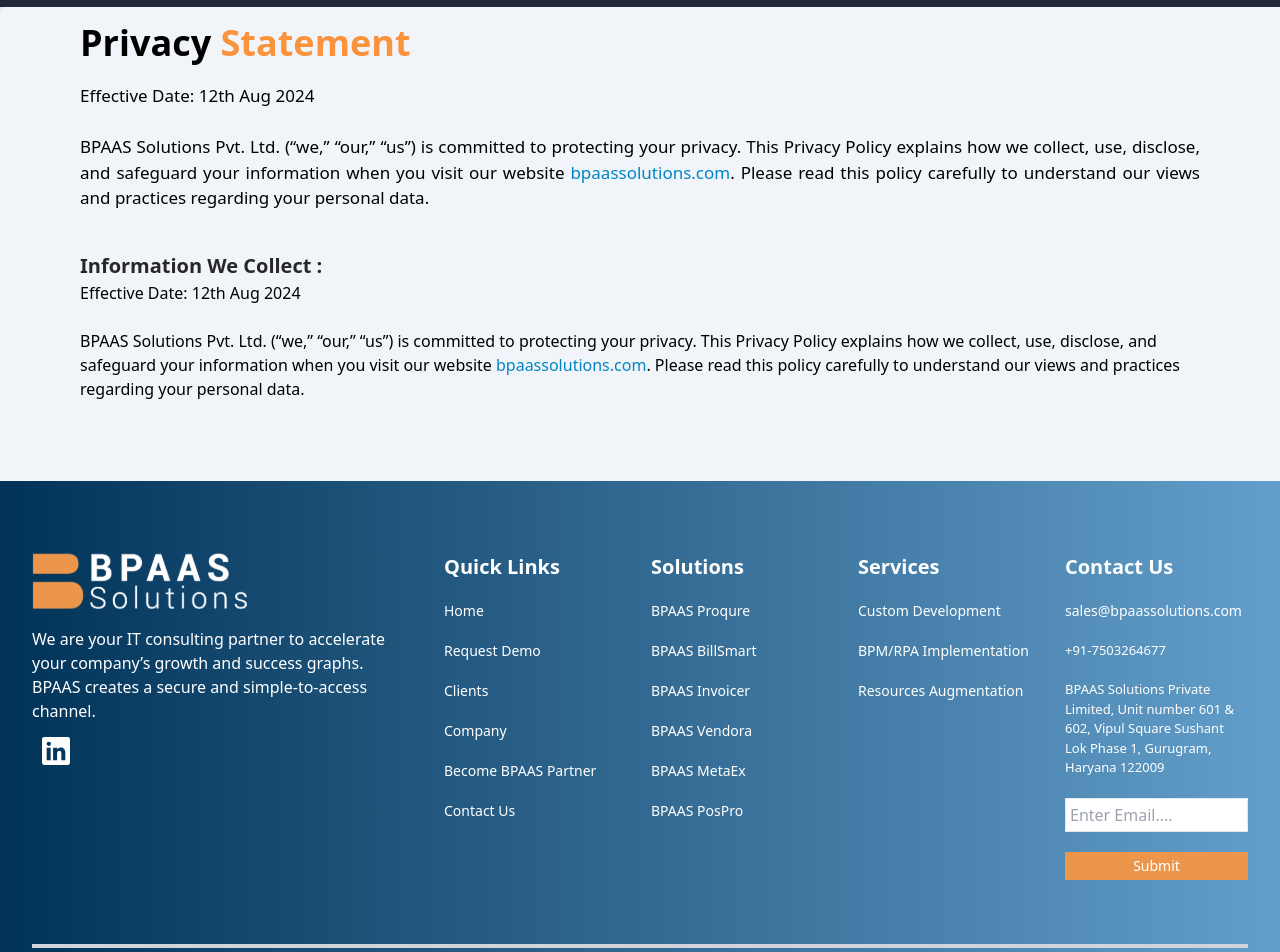
Repository: captainalpha/BP-Website
Page: /services/bp-services
An editor plug-in stored every save of this project. The page is shown before and after a run of saves, followed by the edit.
The browser window is 1280 px wide. The pictures show the part of the page from y = 713 to 1665 px (the page is 1741 px tall before and 1733 px after).
The project was rebuilt for these pictures with package versions that can differ from the ones it lists, and the page was loaded fresh each time. The framework's server and built-in components were replaced by stand-ins that run in the browser. Also part of the build but not shown: next.config.js, components/common/TopBanner.js, components/common/SectionHeader.js.

Above is the page before, as saved 2024-08-13 15:21:22.

### pages/_app.js
import Navbar from "../components/common/Navbar";
import "../styles/globals.css";
import Footer from "../components/common/Footer";

import "swiper/css";
import "swiper/css/navigation";
import "swiper/css/pagination";



import { motion, AnimatePresence } from "framer-motion";
import CookiesMain from "../components/common/CookiesMain";

// import styles from './slider.module.scss'
function MyApp({ Component, pageProps, router }) {
  const spring = {
    type: "spring",
    damping: 20,
    stiffness: 100,
    when: "afterChildren",
  };
  return (
    <>
      <div className="z-50 scroll-smooth">
        <Navbar />
      </div>
      <AnimatePresence>
        <div className="page-transition-wrapper">
          <motion.div
            transition={spring}
            key={router.pathname}
            initial={{ y: -300, opacity: 0 }}
            animate={{ y: 0, opacity: 1 }}
            exit={{ y: 300, opacity: 0 }}
            id="page-transition-container"
          >
            <Component {...pageProps} /> <Footer />{" "}
            <CookiesMain/>
          </motion.div>
        </div>
      </AnimatePresence>
    </>
  );
}

export default MyApp;

### pages/services/bp-services.js
import TopBanner from "../../components/common/TopBanner";
import SectionHeader from "../../components/common/SectionHeader";
import TopBanner2 from "../../components/common/TopBanner2";
import Image from "next/image";
import Link from "next/link";

function BpServices() {
  return (
    <div>
      <div className="relative">
        <TopBanner2
          image={"/images/policy-service2.jpg"}
          title="Privacy Policy"
          discription="This Privacy Policy explains how we collect, use, disclose, and safeguard your information when you visit our website."
          btnShow={false}
        />
        <div className="absolute top-[1em] right-[10em]">
          <Image
            src="/images/privacypolicy2.png"
            className="w-1/2 mx-auto"
            width="500"
            height="500"
            alt="customer-developement"
          />
        </div>
      </div>

      <div className=" bg-slate-100  p-[5em]">
        <div className="container mx-auto max-w-6xl">
          <div className="text-left">
            <h1 className="lg:text-4xl text-3xl font-bold capitalize ">
              <span>Privacy</span>{" "}
              <span className="text-[#fb923c]">Statement</span>
            </h1>
          </div>
          <div className="mt-5">
            {/* <h1 className="text-1xl font-bold text-zinc-800">Objective:</h1> */}
            <p className="text-[17px] text-justify">
              Effective Date: 12th Aug 2024 <br/><br/> BPAAS Solutions Pvt. Ltd. (“we,”
              “our,” “us”) is committed to protecting your privacy. This Privacy
              Policy explains how we collect, use, disclose, and safeguard your
              information when you visit our website  {' '}
              <Link passHref href="/">
            <a className="text-sky-600 hover:text-orange">
            bpaassolutions.com
            </a>
          </Link>
              . Please read this policy
              carefully to understand our views and practices regarding your
              personal data.
            </p>
          </div>
          <div className="mt-10">
            <h1 className="text-[20px] font-bold text-zinc-800">Information We Collect :</h1>
            <p>
              Effective Date: 12th Aug 2024 <br/><br/> BPAAS Solutions Pvt. Ltd. (“we,”
              “our,” “us”) is committed to protecting your privacy. This Privacy
              Policy explains how we collect, use, disclose, and safeguard your
              information when you visit our website  {' '}
              <Link passHref href="/"><a className="text-sky-600 hover:text-orange">bpaassolutions.com</a></Link>.
              Please read this policy carefully to understand our views and practices regarding your personal data.
            </p>
          </div>
        </div>
      </div>
    </div>
  );
}

export default BpServices;

### styles/globals.css
@tailwind base;
@tailwind components;
@tailwind utilities;

.mySwiper {
  padding: 0 3rem;
}
.swiper-button-next {
  color: white;
  font-size: 20px !important;
}
.swiper-button-prev {
  color: white;
  font-size: 20px !important;
}
.swiper-button-prev:after {
  color: white;
  font-size: 20px !important;
}
.swiper-button-next:after {
  color: white;
  font-size: 20px !important;
}
.container-bpaas{
  max-width: 1100px;
}

/* .swiper-button-prev {

  background-image: url("data:[embedded picture, 251 characters]");
} */
.swiper-button-prev:after {

  border: 2px solid white;
  border-radius: 30%;
  /* width: 25%; */
  background: #ec964c;
  padding: 20%;
}
/* .swiper-button-next {
  background-image: url("data:[embedded picture, 251 characters]");
} */
.swiper-button-next:after {

  border: 2px solid white;
  border-radius: 30%;
  /* width: 25%; */
  background: #ec964c;
  padding: 20%;
}

@media only screen and (max-width: 600px) {
  .swiper-button-next:after {
    display: none;
  }
}
@media only screen and (max-width: 600px) {
  .swiper-button-prev:after {
    display: none;
  }
}




/*OEM Modal */
@layer utilities {
  @keyframes modalOpen {
    0% {
      clip-path: polygon(0 0, 0 0, 0 100%, 0 100%);
      opacity: 0;
    }
    100% {
      clip-path: polygon(0 0, 100% 0, 100% 100%, 0 100%);
      opacity: 1;
    }
  }

  @keyframes modalClose {
    0% {
      clip-path: polygon(0 0, 100% 0, 100% 100%, 0 100%);
      opacity: 1;
    }
    100% {
      clip-path: polygon(50% 0, 50% 0, 50% 100%, 50% 100%);
      opacity: 0;
    }
  }

  .animate-modalOpen {
    animation: modalOpen 0.5s forwards;
  }

  .animate-modalClose {
    animation: modalClose 0.5s forwards;
  }

  .custom-aspect-ratio {
    box-shadow: rgba(149, 157, 165, 0.2) 0px 8px 24px;
    aspect-ratio: 3 / 2;
  }
}

### components/common/Footer.js
import Image from "next/image";
import Link from "next/link";

export default function Footer() {
  return (
    <footer className=" bg-gradient-to-r from-primary to-secondary text-white p-5 md:p-8">
      <div className="  py-10 ">
        <div className="lg:grid lg:grid-cols-9 gap-5">
          <div className="w-full  lg:col-span-3">
            <div className=" space-y-3">
              <div className="">
                <Image
                  alt=""
                  src={require("../../assets/bpass-logo-white.svg")}
                />
              </div>

              <p className="max-w-sm mt-4 ">
                We are your IT consulting partner to accelerate your company’s
                growth and success graphs. BPAAS creates a secure and
                simple-to-access channel.
              </p>

              <div className="flex mt-4 ">
                <a
                  href="https://www.linkedin.com/company/bpaas-solutions-pvt-ltd/"
                  className="mx-2 "
                  aria-label="Linkden"
                >
                  <svg className="w-8 h-8 fill-current" viewBox="0 0 512 512">
                    <path d="M444.17,32H70.28C49.85,32,32,46.7,32,66.89V441.61C32,461.91,49.85,480,70.28,480H444.06C464.6,480,480,461.79,480,441.61V66.89C480.12,46.7,464.6,32,444.17,32ZM170.87,405.43H106.69V205.88h64.18ZM141,175.54h-.46c-20.54,0-33.84-15.29-33.84-34.43,0-19.49,13.65-34.42,34.65-34.42s33.85,14.82,34.31,34.42C175.65,160.25,162.35,175.54,141,175.54ZM405.43,405.43H341.25V296.32c0-26.14-9.34-44-32.56-44-17.74,0-28.24,12-32.91,23.69-1.75,4.2-2.22,9.92-2.22,15.76V405.43H209.38V205.88h64.18v27.77c9.34-13.3,23.93-32.44,57.88-32.44,42.13,0,74,27.77,74,87.64Z" />
                  </svg>
                </a>

                {/* <a href="/contact-us" className="mx-2 " aria-label="Facebook">
                  <svg className="w-4 h-4 fill-current" viewBox="0 0 512 512">
                    <path d="M455.27,32H56.73A24.74,24.74,0,0,0,32,56.73V455.27A24.74,24.74,0,0,0,56.73,480H256V304H202.45V240H256V189c0-57.86,40.13-89.36,91.82-89.36,24.73,0,51.33,1.86,57.51,2.68v60.43H364.15c-28.12,0-33.48,13.3-33.48,32.9V240h67l-8.75,64H330.67V480h124.6A24.74,24.74,0,0,0,480,455.27V56.73A24.74,24.74,0,0,0,455.27,32Z" />
                  </svg>
                </a>

                <a href="/contact-us" className="mx-2 " aria-label="Twitter">
                  <svg className="w-4 h-4 fill-current" viewBox="0 0 512 512">
                    <path d="M496,109.5a201.8,201.8,0,0,1-56.55,15.3,97.51,97.51,0,0,0,43.33-53.6,197.74,197.74,0,0,1-62.56,23.5A99.14,99.14,0,0,0,348.31,64c-54.42,0-98.46,43.4-98.46,96.9a93.21,93.21,0,0,0,2.54,22.1,280.7,280.7,0,0,1-203-101.3A95.69,95.69,0,0,0,36,130.4C36,164,53.53,193.7,80,211.1A97.5,97.5,0,0,1,35.22,199v1.2c0,47,34,86.1,79,95a100.76,100.76,0,0,1-25.94,3.4,94.38,94.38,0,0,1-18.51-1.8c12.51,38.5,48.92,66.5,92.05,67.3A199.59,199.59,0,0,1,39.5,405.6,203,203,0,0,1,16,404.2,278.68,278.68,0,0,0,166.74,448c181.36,0,280.44-147.7,280.44-275.8,0-4.2-.11-8.4-.31-12.5A198.48,198.48,0,0,0,496,109.5Z" />
                  </svg>
                </a> */}
              </div>
            </div>
          </div>

          <div className="mt-6 lg:mt-0 lg:flex-1 lg:col-span-6">
            <div className="grid grid-cols-2 gap-6 sm:grid-cols-3 md:grid-cols-4">
              <div className="space-y-5">
                <h3 className="text-xl font-bold ">Quick Links</h3>
                <Link passHref href="/">
                  <a className="block  text-sm  hover:underline hover:text-orange">
                    Home
                  </a>
                </Link>

                <Link passHref href="/request-demo">
                  <a className="block  text-sm  hover:underline hover:text-orange">
                    Request Demo
                  </a>
                </Link>
                <Link passHref href="/clients">
                  <a className="block  text-sm  hover:underline hover:text-orange">
                    Clients
                  </a>
                </Link>
                <Link passHref href="/about-us">
                  <a className="block  text-sm  hover:underline hover:text-orange">
                    Company
                  </a>
                </Link>
                <Link passHref href="/become-partner">
                  <a className="block  text-sm  hover:underline hover:text-orange">
                    Become BPAAS Partner
                  </a>
                </Link>
                <Link passHref href="/contact-us">
                  <a className="block  text-sm  hover:underline hover:text-orange">
                    Contact Us
                  </a>
                </Link>
              </div>

              <div className="space-y-5">
                <h3 className="text-xl font-bold">Solutions</h3>
                <Link passHref href="/solutions/bpaas-proqure">
                  <a className="block  text-sm  hover:underline hover:text-orange">
                    BPAAS Proqure
                  </a>
                </Link>
                <Link passHref href="/solutions/bpaas-billsmart">
                  <a className="block  text-sm  hover:underline hover:text-orange">
                    BPAAS BillSmart
                  </a>
                </Link>
                <Link passHref href="/solutions/bpaas-invoicer">
                  <a className="block  text-sm  hover:underline hover:text-orange">
                    BPAAS Invoicer
                  </a>
                </Link>
                <Link passHref href="/solutions/bpaas-vendora">
                  <a className="block  text-sm  hover:underline hover:text-orange">
                    BPAAS Vendora
                  </a>
                </Link>
                {/* <Link passHref href="/solutions/bpaas-smartex">
                  <a className="block  text-sm  hover:underline hover:text-orange">
                    BPAAS SmartEx
                  </a>
                </Link> */}
                <a
                  className="block  text-sm  hover:underline hover:text-orange"
                  href="https://metasolve.io/"
                  target="_blank"
                  rel="noreferrer"
                >
                  BPAAS MetaEx
                </a>
                <Link passHref href="/solutions/bpaas-pospro">
                  <a className="block  text-sm  hover:underline hover:text-orange">
                    BPAAS PosPro
                  </a>
                </Link>
              </div>

              <div className="space-y-5">
                <h3 className=" text-xl font-bold  ">Services</h3>

                <Link passHref href="/services/custom-development">
                  <a className="block  text-sm  hover:underline hover:text-orange">
                    Custom Development
                  </a>
                </Link>
                <Link passHref href="/services/bpm-rpa-implementation">
                  <a className="block  text-sm  hover:underline hover:text-orange">
                    BPM/RPA Implementation
                  </a>
                </Link>
                <Link passHref href="/services/resource-augmentation">
                  <a className="block  text-sm  hover:underline hover:text-orange">
                    Resources Augmentation
                  </a>
                </Link>
              </div>

              <div className="space-y-5">
                <h3 className=" text-xl font-bold ">Contact Us</h3>
                {/* <span className="block  text-sm  hover:underline hover:text-orange">
                  abhishek.kumar@bpaassolutions.com
                </span> */}
                <span className="block  text-sm  hover:underline hover:text-orange">
                  sales@bpaassolutions.com
                </span>
                <span className="block  text-[13px]  hover:underline hover:text-orange">
                  +91-7503264677
                </span>
                <span className="block  text-[13px]  hover:underline hover:text-orange">
                  BPAAS Solutions Private Limited, Unit number 601 & 602, Vipul
                  Square Sushant Lok Phase 1, Gurugram, Haryana 122009
                </span>
                <input
                  className="block p-1 outline-none border text-black w-full"
                  placeholder="Enter Email...."
                />
                <button className="text-sm bg-orange px-2 py-1 w-full">
                  Submit
                </button>
              </div>
            </div>
          </div>
        </div>
      </div>
      <hr className="h-1 w-full my-6 bg-gray-300 border-none " />

      <div className="flex justify-between">
        <div>
          <p className="text-center text-white">
            Copyright © 2024 BPAAS Solutions Pvt. Ltd. | All Rights Reserved
          </p>
        </div>
        <div>
          <Link passHref href="/services/bp-services">
            <a className="block  text-sm  hover:underline hover:text-orange">
            Privacy Policy
            </a>
          </Link>
        </div>
      </div>
    </footer>
  );
}

### components/common/CookiesMain.js
import { useState, useEffect } from 'react';
import Cookies from 'js-cookie';


const CookiesMain = () => {
    const [showBanner, setShowBanner] = useState(false);

  useEffect(() => {
    const consent = Cookies.get('cookie-consent');
    if (!consent) {
      setShowBanner(true);
    }
  }, []);

  const acceptCookies = () => {
    Cookies.set('cookie-consent', 'true', { expires: 365 });
    setShowBanner(false);
  };

  if (!showBanner) return null;
  return (
    <>

    <div className="fixed bottom-0 left-0 right-0 bg-gray-800 text-white p-4 flex justify-between items-center z-50">
      <span>We use cookies to improve your experience. By using our website, you agree to our cookie policy.</span>
      <button
        onClick={acceptCookies}
        className="bg-orange text-white px-4 md:px-10 py-2"
      >
        Accept
      </button>
    </div>

    </>
  )
}
export default CookiesMain

### components/common/TopBanner2.js
import Link from "next/link";
function TopBanner2({ image, title, discription, onClick,btnShow}) {
  return (
    <div
      style={{ backgroundImage: `url(${image})` }}
      className={`lg:h-[80vh] h-[60vh] mt-20 w-full text-white flex p-10 items-center bg-no-repeat bg-cover `}
    >
      <div className="space-y-4 lg:w-1/2  md:text-left">
        <h1 className="lg:text-5xl text-3xl font-bold capitalize ">{title}</h1>
        <p className="w-full lg:text-xl lg:text-justify tracking-tighter">
          {discription}
        </p>
    {btnShow&&(
        <Link passHref href="/request-demo">
          <button className="px-8 py-2  border-white border-2 hover:bg-orange font-medium text-xl">
            Request Demo
          </button>
        </Link>
    )}
      </div>
    </div>
  );
}

export default TopBanner2;

### tailwind.config.js
module.exports = {
  content: [
    "./pages/**/*.{js,ts,jsx,tsx}",
    "./components/**/*.{js,ts,jsx,tsx}",
  ],
  theme: {
    extend: {
      keyframes: {
        modalOpen: {
          '0%': { transform: 'scale(0)', opacity: 0 },
          '100%': { transform: 'scale(1)', opacity: 1 },
        },
        modalClose: {
          '0%': { transform: 'scale(1)', opacity: 1 },

        },
        fragmentIn: {
          '0%': { opacity: 0, transform: 'translate(-50px, -50px)' },
          '100%': { opacity: 1, transform: 'translate(0, 0)' },
        },
        fragmentOut: {
          '0%': { opacity: 1, transform: 'translate(0, 0)' },
          '100%': { opacity: 0, transform: 'translate(50px, 50px)' },
        },

      },
      animation: {
        modalOpen: 'modalOpen 0.5s ease-out forwards',
        modalClose: 'modalClose 0.5s ease-in forwards',
        fragmentIn: 'fragmentIn 0.5s ease-out forwards',
        fragmentOut: 'fragmentOut 0.5s ease-in forwards',
      },
      backgroundImage: {
        "testimonial-bg": "url('/img/hero-pattern.svg')",
        "testimonial-bgs": "url('/')",
      },
      colors: {
        primary: "#013358",
        secondary: "#639FCB",
        primaryText: "#1D669C",
        orange: "#EC964C",
        glassEffect:
          "linear-gradient(105.47deg, #FFFFFF -13.63%, rgba(255, 255, 255, 0) 108.8%)",
      },
      backgroundSize: {
        "size-200": "200% 200%",
      },
      backgroundPosition: {
        "pos-0": "0% 0%",
        "pos-100": "100% 100%",
      },
    },
    variants: {
      fill: ["hover", "focus"],
    },
    boxShadow: {
      "3xl": "0 35px 60px -15px rgba(0, 0, 0, 0.3)",
    },
  },
  plugins: [],
};

Loaded but not shown: components/common/Navbar.js (726 lines, source omitted)

After the next 2 saves:
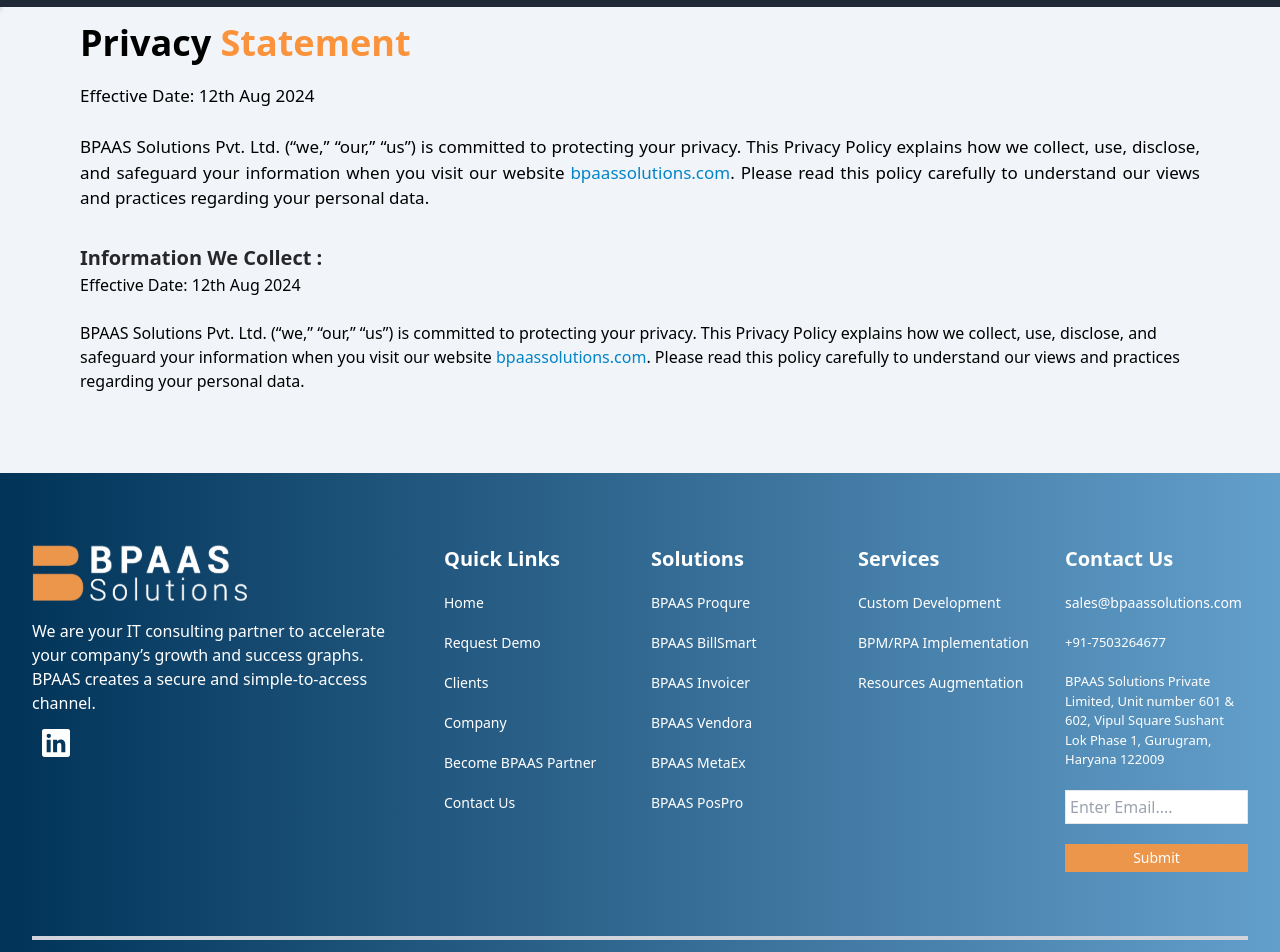
The 2 saves are shown as one change because they came seconds apart.
The last was saved 8 s later.
--- a/pages/services/bp-services.js
+++ b/pages/services/bp-services.js
@@ -50,7 +50,7 @@
               personal data.
             </p>
           </div>
-          <div className="mt-10">
+          <div className="mt-[2em]">
             <h1 className="text-[20px] font-bold text-zinc-800">Information We Collect :</h1>
             <p>
               Effective Date: 12th Aug 2024 <br/><br/> BPAAS Solutions Pvt. Ltd. (“we,”
